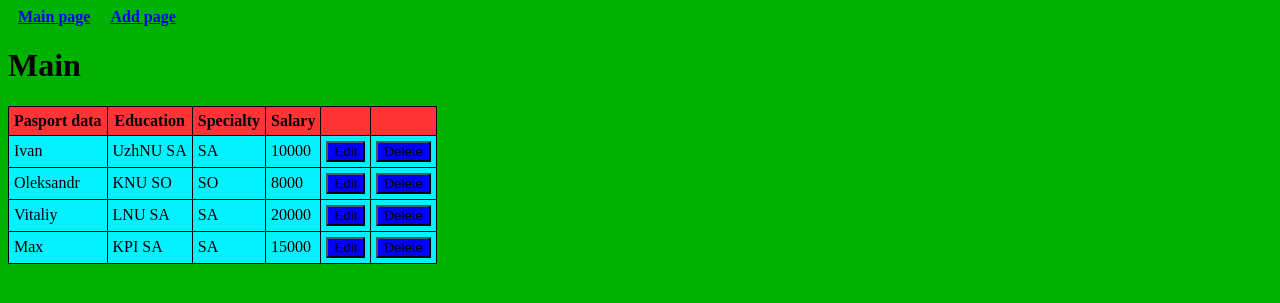
Repository: Alan-Melnychenko/vue
Page: / (app in Project/)
An editor plug-in stored every save of this project. The page is shown before and after the next save, followed by the edit.
The browser window is 1280 px wide. The pictures show the whole page.
The project was rebuilt for these pictures with package versions that can differ from the ones it lists, and the page was loaded fresh each time. Also part of the build but not shown: Project/vue.config.js, Project/src/pages/Add/index.vue, Project/src/pages/Edit/index.vue.

Above is the page before, as saved 2022-11-08 23:29:57.

### Project/src/App.vue
<template>
  <div>
    <header>
      <router-link class="link" to="/"><b>Main page</b></router-link>
      <router-link class="link" to="/add"><b>Add page</b></router-link>
    </header>
    <main>
      <router-view></router-view>
    </main>
  </div>
</template>
<script>
export default {
  name: "App",
  components: {},
};
</script>

<style>
button {
  background-color: blue;
}
table {
  background-color: rgb(0, 242, 255);
}
body {
  background-color: rgb(0, 178, 0);
}
.link {
  margin: 10px;
}
table {
  border-collapse: collapse;
  border: 1px solid black;
  padding: 2px;
}
th {
  background-color: rgb(255, 53, 53);
  border: 1px solid black;
  padding: 5px;
}
td {
  border: 1px solid black;
  padding: 5px;
}
</style>

### Project/src/router.js
import { createRouter, createWebHashHistory } from "vue-router";

import MainPage from "./pages/Main/index.vue";
import AddPage from "./pages/Add/index.vue";
import EditPage from "./pages/Edit/index.vue";

const routes = [
  {
    path: "/",
    name: "main",
    component: MainPage,
  },
  {
    path: "/add",
    name: "add",
    component: AddPage,
  },
  {
    path: "/edit/:id?",
    name: "edit",
    component: EditPage,
  },
];

const router = createRouter({
  history: createWebHashHistory(),
  routes,
});

export default router;

### Project/src/store/index.js
import { createStore } from "vuex";

const store = createStore({
  state() {
    return {
      listData: [
        {
          id: 0,
          pasport: "Ivan",
          education: "UzhNU SA",
          specialty: "SA",
          salary: 10000,
        },
        {
          id: 1,
          pasport: "Oleksandr",
          education: "KNU SO",
          specialty: "SO",
          salary: 8000,
        },
        {
          id: 2,
          pasport: "Vitaliy",
          education: "LNU SA",
          specialty: "SA",
          salary: 20000,
        },
        {
          id: 3,
          pasport: "Max",
          education: "KPI SA",
          specialty: "SA",
          salary: 15000,
        },
      ],
    };
  },
  getters: {
    getAllListData: (state) => state.listData,
    getEmployeeById: (state) => (id) => {
      return state.listData[id];
    },
  },

  mutations: {
    addNewEmployee(state, arr) {
      state.listData.push(arr);
    },
    editEmployee(state, arr) {
      state.listData[arr[0]] = arr[1];
    },
    deleteEmployee(state, id) {
      state.listData = state.listData.filter((item) => item.id !== id);
    },
  },
  actions: {
    addNewEmployeeAction({ commit }, arr) {
      commit("addNewEmployee", arr);
    },
    editEmployeeAction({ commit }, arr) {
      commit("editEmployee", arr);
    },
    deleteEmployeeAction({ commit }, id) {
      commit("deleteEmployee", id);
    },
  },
});

export default store;

### Project/src/pages/Main/index.vue
<template>
  <div>
    <h1>Main</h1>
    <table>
      <tr>
        <th>Pasport data</th>
        <th>Education</th>
        <th>Specialty</th>
        <th>Salary</th>
        <th></th>
        <th></th>
      </tr>
      <employee-card
        v-for="item in getAllListData"
        :key="item.id"
        :pasport="item.pasport"
        :education="item.education"
        :specialty="item.specialty"
        :salary="item.salary"
      />
    </table>
  </div>
</template>

<script>
import employeeCard from "@/components/employee.vue";
import { mapGetters } from "vuex";
export default {
  name: "MainPage",
  components: {
    employeeCard,
  },
  computed: {
    ...mapGetters(["getAllListData"]),
  },
  methods: {
    goToAdd() {
      this.$router.push({ path: "/add" });
    },
    goToEdit() {
      this.$router.push({ path: "/edit" });
    },
  },
};
</script>

<style lang="css" scoped></style>

### Project/src/components/employee.vue
<template>
  <tr>
    <td>{{ pasport }}</td>
    <td>{{ education }}</td>
    <td>{{ specialty }}</td>
    <td>{{ salary }}</td>
    <td><button @click="onEdit(id)">Edit</button></td>
    <td><button @click="onDelete(id)">Delete</button></td>
  </tr>
</template>

<script>
import { mapActions } from "vuex";
export default {
  name: "employeeCard",

  props: {
    id: {
      type: Number,
      default: 0,
    },
    pasport: {
      type: String,
      default: "No pasport data",
    },
    education: {
      type: String,
      default: "No education",
    },
    specialty: {
      type: String,
      default: "No specialty",
    },
    salary: {
      type: Number,
      default: 0,
    },
  },
  methods: {
    ...mapActions(["deleteEmployeeAction"]),
    onEdit(id) {
      this.$router.push({
        name: "edit",
        params: { id: id },
      });
    },
    onDelete(id) {
      this.deleteEmployeeAction(id);
    },
  },
};
</script>

<style lang="css" scoped></style>

Loaded but not shown: Project/public/index.html (common file); Project/src/main.js (common file)

After the next save:
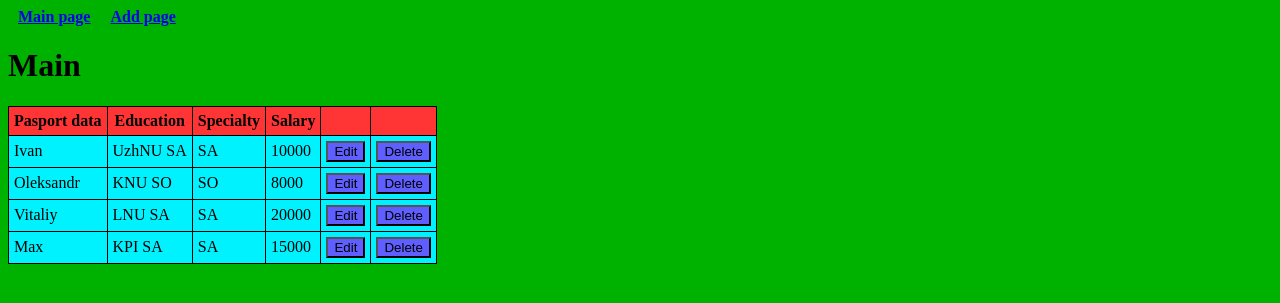
Saved 13 s later.
--- a/Project/src/App.vue
+++ b/Project/src/App.vue
@@ -18,7 +18,7 @@ export default {
 
 <style>
 button {
-  background-color: blue;
+  background-color: rgb(95, 95, 255);
 }
 table {
   background-color: rgb(0, 242, 255);
